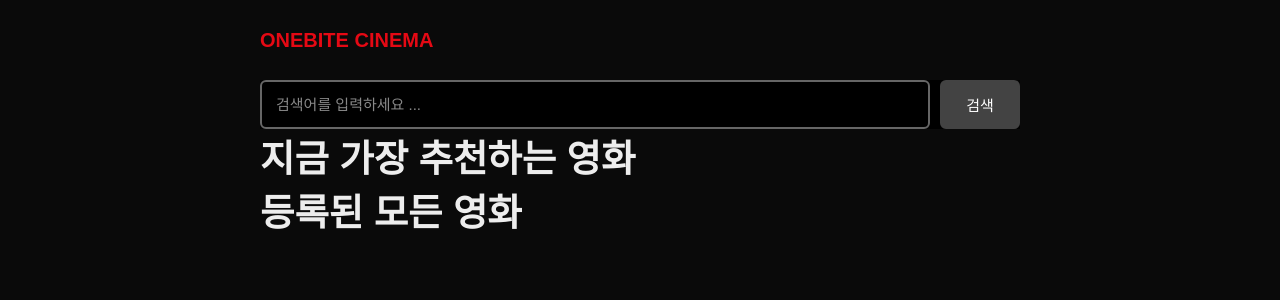
Repository: ParkSeokgyu/nextjs-study
Page: / (app in onebite-next-page-router/section02/)
These files come from the project's save history. The page is drawn as it stood at one moment and after a run of saves; the edit follows.
The browser window is 1280 px wide. The pictures show the whole page.
The project was rebuilt for these pictures with package versions that can differ from the ones it lists, and the page was loaded fresh each time. The framework's server and built-in components were replaced by stand-ins that run in the browser. Also part of the build but not shown: onebite-next-page-router/section02/next.config.mjs.

Above is the page before, as saved 2025-03-27 12:02:17.

### onebite-next-page-router/section02/src/pages/_app.tsx
import GlobalLayout from "@/components/global-layout";
import "@/styles/globals.css";
import { NextPage } from "next";
import type { AppProps } from "next/app";
import { ReactNode } from "react";

type NextPageWithLayout = NextPage & {
  getLayout?: (page: ReactNode) => ReactNode;
}

export default function App({
  Component,
  pageProps }
  : AppProps & {
    Component: NextPageWithLayout;
  }) {
  const getLayout =
  Component.getLayout ?? ((page: ReactNode) => page);

  return (
    <GlobalLayout>
      {getLayout(<Component {...pageProps} />)}
    </GlobalLayout>
  );
}

### onebite-next-page-router/section02/src/pages/index.tsx
import SearchableLayout from "@/components/searchable-layout";
import style from "./index.module.css"
import { ReactNode } from "react";

export default function Home() {
  return (
    <h1>
      <section>
        <h3>지금 가장 추천하는 영화</h3>
      </section>
      <section>
        <h3>등록된 모든 영화</h3>
      </section>
    </h1>
  );
}

Home.getLayout = (page: ReactNode) => {
  return <SearchableLayout>{page}</SearchableLayout>
}

### onebite-next-page-router/section02/src/components/global-layout.tsx
import Link from "next/link";
import { ReactNode } from "react";
import style from "./global-layout.module.css";

export default function GlobalLayout({ children }: { children: ReactNode }) {
  return (
    <div className={style.container}>
      <header className={style.header}>
        <Link href={"/"}>ONEBITE CINEMA</Link>
      </header>
      <main>{children}</main>
      {/* <footer>푸터</footer> */}
    </div>
  );
}

### onebite-next-page-router/section02/src/styles/globals.css
:root {
  --background: #ffffff;
  --foreground: #171717;
}

@media (prefers-color-scheme: dark) {
  :root {
    --background: #0a0a0a;
    --foreground: #ededed;
  }
}

html,
body {
  max-width: 100vw;
  overflow-x: hidden;
}

body {
  color: var(--foreground);
  background: var(--background);
  font-family: Arial, Helvetica, sans-serif;
  -webkit-font-smoothing: antialiased;
  -moz-osx-font-smoothing: grayscale;
}

* {
  box-sizing: border-box;
  padding: 0;
  margin: 0;
}

a {
  color: inherit;
  text-decoration: none;
}

@media (prefers-color-scheme: dark) {
  html {
    color-scheme: dark;
  }
}


/* 기본 다크모드 */

:root {
  --background: #0a0a0a;
  --foreground: #ededed;

}

### onebite-next-page-router/section02/src/components/searchable-layout.tsx
import { useRouter } from "next/router";
import React, { ReactNode, useEffect, useState } from "react";
// CSS 모듈 스타일을 불러옴
import style from './searchable-layout.module.css'

/**
 * 검색 기능을 제공하는 레이아웃 컴포넌트
 * - 검색어 상태 관리
 * - 엔터키/버튼 클릭 시 페이지 이동
 * - 기존 검색어 유지
 */
export default function SearchableLayout({
  children,
}: {
  children: ReactNode;
}) {
  // Next.js의 라우터 훅
  // 페이지 이동이나 query 파라미터를 확인/변경할 때 사용
  const router = useRouter();

  // 검색어 상태
  const [search, setSearch] = useState("");

  // 라우터의 query 파라미터 중 "q"를 추출
  // (예: /search?q=hello → q = "hello")
  const q = router.query.q as string;

  // 컴포넌트가 마운트되거나 q 값이 바뀔 때,
  // search 상태를 q로 동기화
  useEffect(() => {
    setSearch(q || "");
  }, [q]);

  /**
   * 인풋이 변경될 때 실행
   * - e.target.value를 search 상태에 저장
   */
  const onChangeSearch = (e: React.ChangeEvent<HTMLInputElement>) => {
    setSearch(e.target.value);
  };

  /**
   * 검색어 제출 시 실행
   * - 현재 search 상태와 기존 q가 같으면 아무것도 하지 않음
   * - 다르면 /search?q={search}로 라우팅
   */
  const onSubmit = () => {
    if (!search || q === search) return;
    router.push(`/search?q=${search}`);
  };

  /**
   * 인풋에서 엔터키를 누를 때 실행
   * - key가 'Enter'이면 onSubmit() 호출
   */
  const onKeyDown = (e: React.KeyboardEvent<HTMLInputElement>) => {
    if (e.key === 'Enter') {
      onSubmit();
    }
  };

  return (
    <div>
      {/* 검색창 컨테이너 (CSS 모듈 스타일 사용) */}
      <div className={style.searchbar_container}>
        <input
          value={search}
          onKeyDown={onKeyDown}
          onChange={onChangeSearch}
          placeholder="검색어를 입력하세요 ..."
        />
        <button onClick={onSubmit}>
          검색
        </button>
      </div>

      {/* 자식 컴포넌트 렌더링 영역 */}
      {children}
    </div>
  );
}

### onebite-next-page-router/section02/src/components/global-layout.module.css
.container {
  max-width: 800px;
  min-height: 100vh;
  margin: 0 auto;
  padding: 0 20px;
}

.header {
  font-size: 20px;
  line-height: 40px;
  font-weight: 600;
  color: rgb(229, 9, 20);
  padding: 20px 0;

}

### onebite-next-page-router/section02/src/components/searchable-layout.module.css
.searchbar_container {
  display: flex;
  align-items: center;
  background-color: #000; /* 배경색 어둡게 */
  margin-bottom: ;
}

.searchbar_container > input {
  flex: 1;
  padding: 14px;
  border-radius: 6px;
  border: 2px solid #666; /* 흐린 회색 테두리 */
  background-color: #000; /* 배경색 어두움 */
  color: white;
  font-size: 15px;
  outline: none;
}

.searchbar_container > input::placeholder {
  color: #888;
}

.searchbar_container > button {
  margin-left: 10px;
  width: 80px;
  padding: 14px 0;
  border-radius: 6px;
  border: none;
  background-color: #434343;
  color: white;
  font-size: 15px;
  cursor: pointer;
  transition: background-color 0.2s ease;
}

.searchbar_container > button:hover {
  background-color: #444;
}

Loaded but not shown: onebite-next-page-router/section02/src/pages/_document.tsx (common file)

After the next 2 saves:
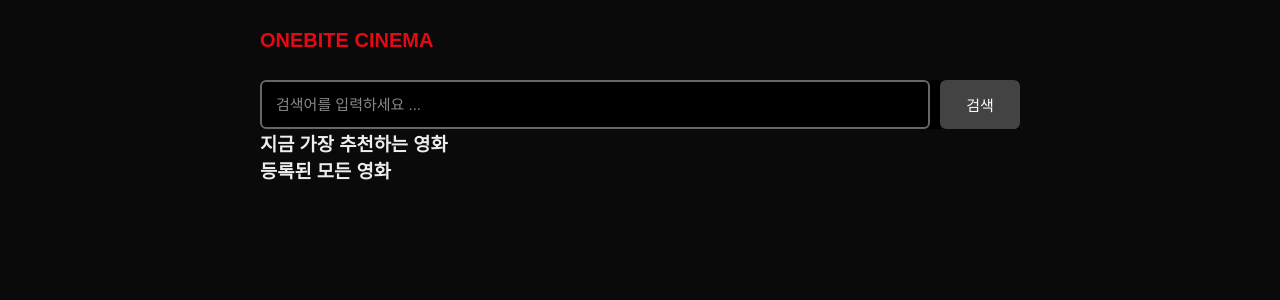
The 2 saves are shown as one change because they came seconds apart.
The last was saved 16 s later.
--- a/onebite-next-page-router/section02/src/pages/index.tsx
+++ b/onebite-next-page-router/section02/src/pages/index.tsx
@@ -4,14 +4,14 @@ import { ReactNode } from "react";
 
 export default function Home() {
   return (
-    <h1>
+    <div class>
       <section>
         <h3>지금 가장 추천하는 영화</h3>
       </section>
       <section>
         <h3>등록된 모든 영화</h3>
       </section>
-    </h1>
+    </div>
   );
 }
 
